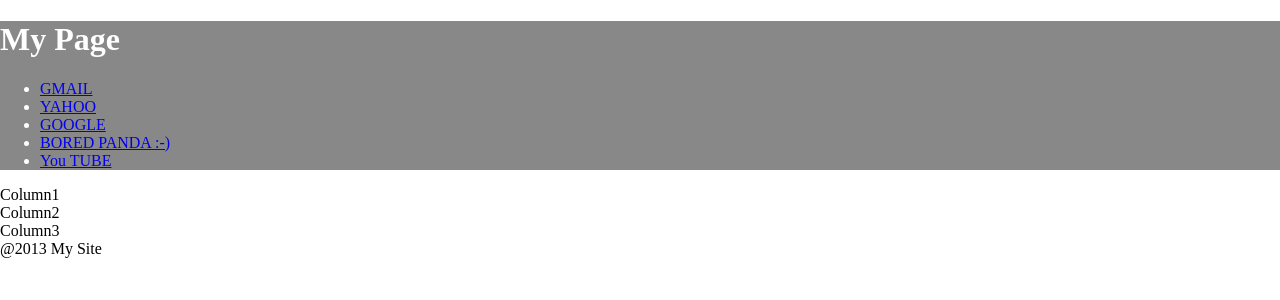
Repository: ShubhankarRaj/JavaCodingPractise
Page: Eclipse Workspace/myProject/src/htmlFiles/First.html
The author's editor kept a copy of each file at every save. The page is drawn from the files as they stood at one save, then again after the next save.
The browser window is 1280 px wide. The pictures show the whole page.

Above is the page before, as saved 2014-06-03 18:59:19.

After the next save:
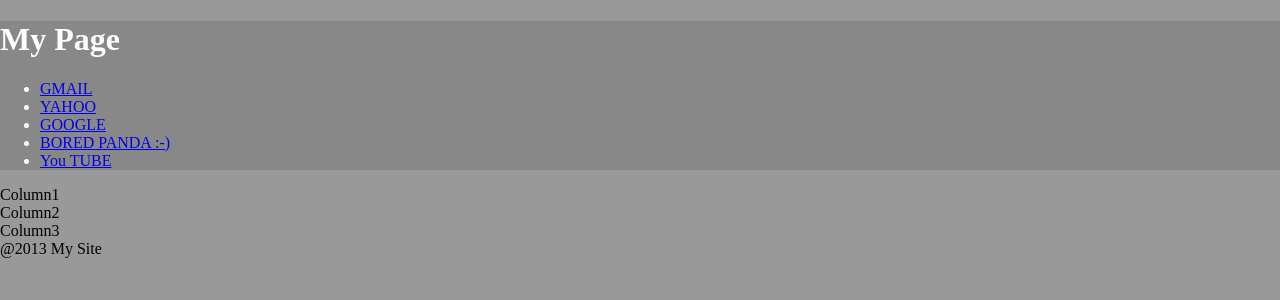
Saved 38 s later.
--- a/Eclipse Workspace/myProject/src/htmlFiles/main.css
+++ b/Eclipse Workspace/myProject/src/htmlFiles/main.css
@@ -1,6 +1,7 @@
 @CHARSET "ISO-8859-1";
 body{
 	margin:0;
+	background: #999;
 }
 header{
 	background: #888;
